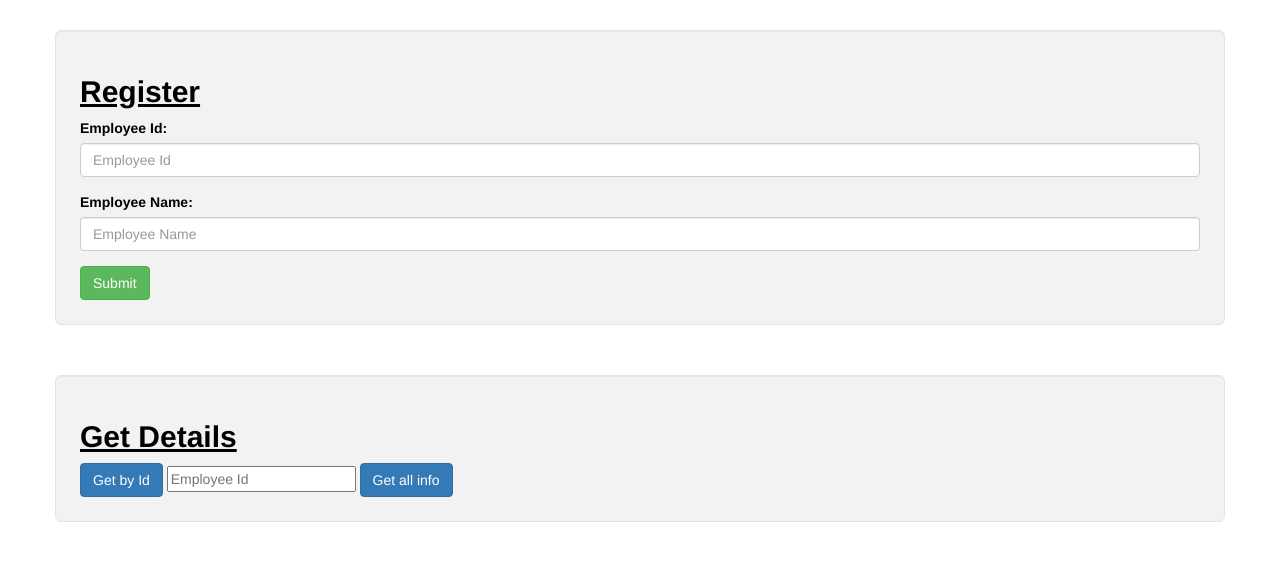
Repository: royakash07/FirstWebApplication
Page: http://localhost/SampleWebApplication/EmployeeProtal.jsp
These files come from the project's save history. The page is drawn as it stood at one moment and after the next save; the edit follows.
The browser window is 1280 px wide. The pictures show the whole page.
Some web libraries are served in a nearby version. The page is served by Tomcat 9. Nobody is signed in. The application's start-up code is not run.

Above is the page before, as saved 2017-11-30 05:13:26.

After the next save:
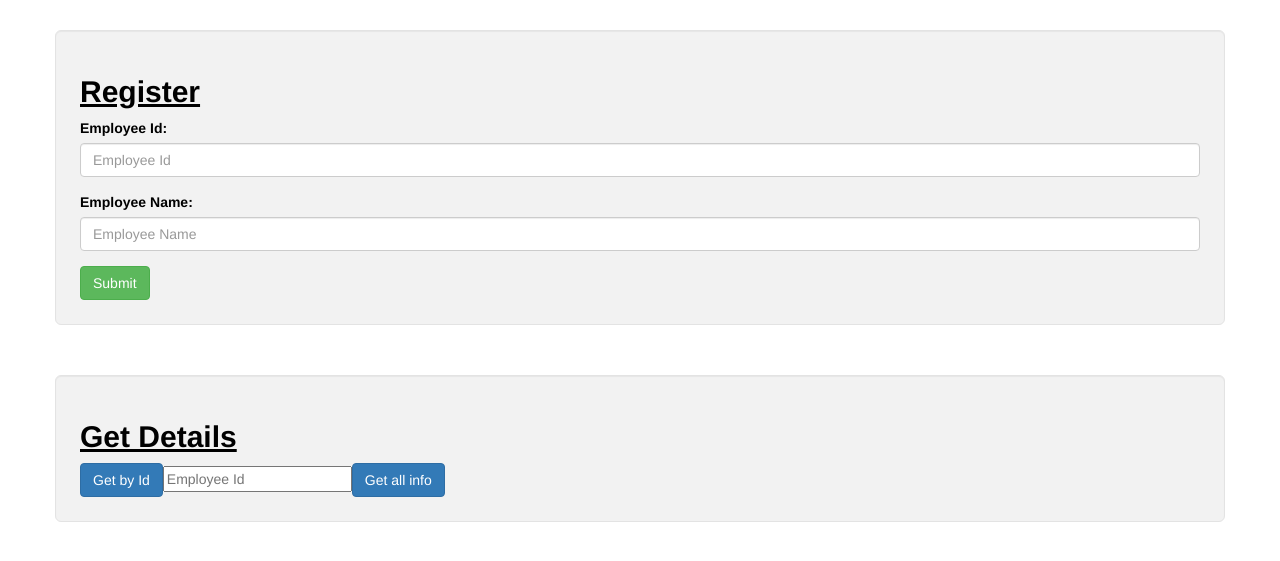
Saved 111 s later.
--- a/SampleWebApplication/WebContent/EmployeeProtal.jsp
+++ b/SampleWebApplication/WebContent/EmployeeProtal.jsp
@@ -38,7 +38,7 @@ background-color:#F2F2F2;
 </div>
 <div class="container well well-lg">
 <h2><strong><u>Get Details</u></strong></h2>
-<div class="input-append">
+<div class="input-group">
 	<button name="search"type="button" class="btn btn-primary" value="getDetailsById">Get by Id</button>
 	<input type="text" placeholder="Employee Id">
 	<button type="button" class="btn btn-primary" value="getAllDetails">Get all info</button>
